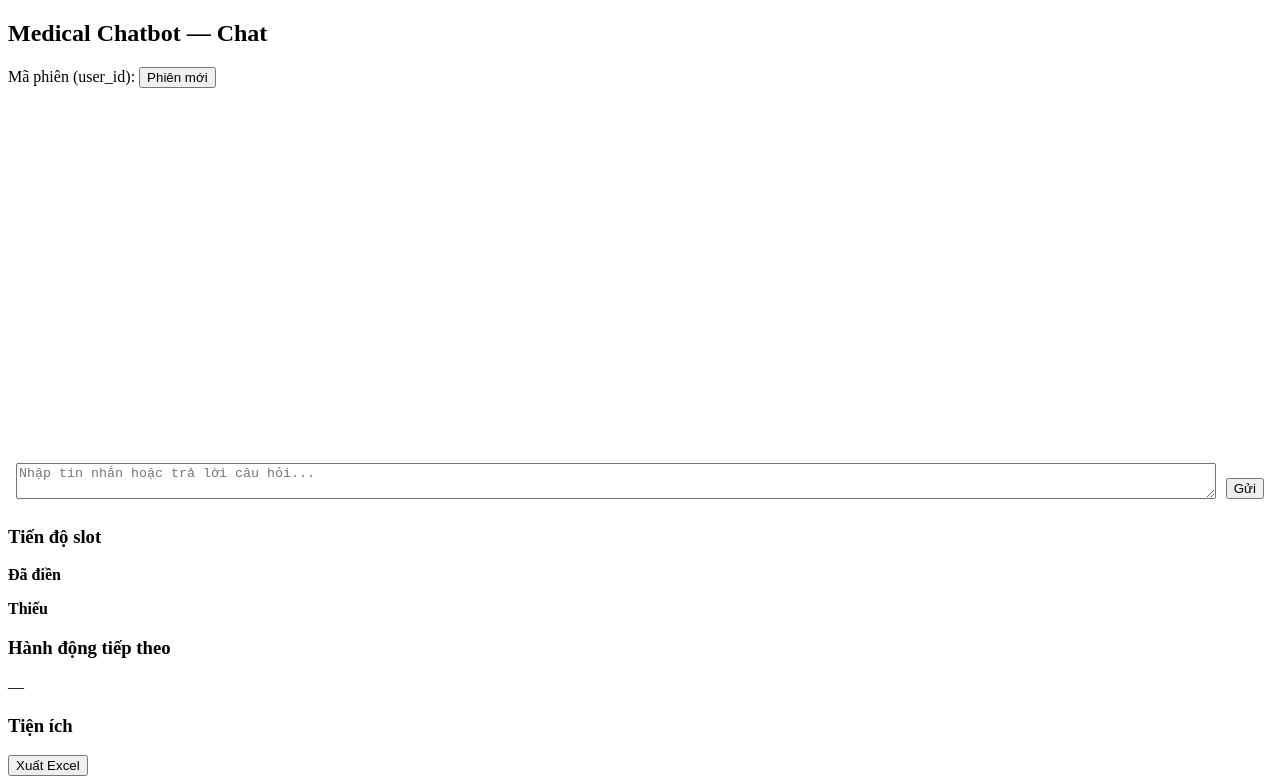
Repository: ititiu20201/MedicalChatbot
Page: frontend/index.html
An editor plug-in stored every save of this project. The page is shown before and after the next save, followed by the edit.
The browser window is 1280 px wide. The pictures show the whole page.

Above is the page before, as saved 2025-09-12 01:13:49.
Console error: SyntaxError: Illegal return statement

### frontend/index.html
<!DOCTYPE html>
<html lang="vi">
<head>
  <meta charset="UTF-8" />
  <meta name="viewport" content="width=device-width, initial-scale=1.0"/>
  <title>Medical Chatbot — Chat Demo</title>
  <link rel="stylesheet" href="style.css"/>
</head>
<body>
  <div id="app">
    <header>
      <h2>Medical Chatbot — Chat</h2>
      <div id="user-meta">
        <label>Mã phiên (user_id): <span id="user-id"></span></label>
        <button id="reset-btn" title="Bắt đầu phiên mới">Phiên mới</button>
      </div>
    </header>

    <main class="layout">
      <section class="chat">
        <div id="chat-box"></div>
        <div class="composer">
          <textarea id="user-input" placeholder="Nhập tin nhắn hoặc trả lời câu hỏi..."></textarea>
          <button id="send-btn">Gửi</button>
        </div>
      </section>

      <aside class="sidebar">
        <div class="panel">
          <h3>Tiến độ slot</h3>
          <div class="slots">
            <div><strong>Đã điền</strong><ul id="filled-slots"></ul></div>
            <div><strong>Thiếu</strong><ul id="missing-slots"></ul></div>
          </div>
        </div>

        <div class="panel">
          <h3>Hành động tiếp theo</h3>
          <div id="next-action">—</div>
        </div>

        <div class="panel">
          <h3>Tiện ích</h3>
          <button id="export-btn">Xuất Excel</button>
        </div>
      </aside>
    </main>
  </div>

  <script src="app.js"></script>
</body>
</html>

### frontend/style.css
/* ====== Hospital-friendly theme (high contrast, large targets) ====== */


/* Buttons */
.btn { appearance: none; cursor: pointer; border: 1px solid transparent; border-radius: 12px; padding: 10px 14px; font-weight: 600; }
.btn--primary { background: var(--primary); color: #fff; }
.btn--primary:hover { background: var(--primary-600); }
.btn--ghost { background: transparent; border-color: var(--outline); }
.btn--ghost:hover { border-color: var(--primary); }
.btn--outline { background: #fff; border-color: var(--primary); color: var(--primary); }
.btn--outline:hover { background: rgba(31,122,224,.06); }
.btn--block { width: 100%; }


/* Chips */
.chips { display: flex; flex-wrap: wrap; gap: 8px; }
.chip { padding: 8px 12px; border: 1px solid var(--outline); background: #fff; border-radius: 999px; font: inherit; cursor: pointer; }
.chip:hover { border-color: var(--primary); }


/* Chat */
.chat { height: 56vh; overflow: auto; padding: 8px; display: grid; gap: 10px; }
.msg { display: grid; grid-template-columns: 36px 1fr; gap: 8px; align-items: start; }
.msg__avatar { width: 36px; height: 36px; display: grid; place-items: center; background: #eef5ff; border-radius: 50%; }
.msg__bubble { background: #f1f5f9; border-radius: 12px; padding: 10px 12px; }
.msg--user .msg__avatar { background: #e7f6ef; }
.msg--user .msg__bubble { background: #eaf8f2; }
.msg__meta { margin-top: 4px; color: var(--muted); font-size: 12px; }


/* Composer */
.composer { margin-top: 8px; display: grid; grid-template-columns: 1fr auto; gap: 10px; align-items: end; }
.composer__input { resize: none; min-height: 44px; max-height: 160px; border: 1px solid var(--outline); border-radius: 12px; padding: 10px 12px; font: inherit; background: #fff; }
.composer__tools { display: flex; gap: 8px; align-items: center; }


/* Right rail */
.dept-list { list-style: none; padding: 0; margin: 0; display: grid; gap: 8px; }
.dept { width: 100%; text-align: left; padding: 10px 12px; border-radius: 12px; border: 1px solid var(--outline); background: #fff; cursor: pointer; }
.dept:hover { border-color: var(--primary); }


/* Admin */
.stats { display: grid; grid-template-columns: repeat(3, 1fr); gap: 12px; }
.stat { background: #fff; border: 1px solid var(--outline); border-radius: 12px; padding: 14px; text-align: center; }
.stat__num { font-size: 22px; font-weight: 800; }
.stat__label { color: var(--muted); font-size: 12px; }
.toolbar { display: flex; gap: 8px; align-items: center; }
.log { margin-top: 12px; display: grid; gap: 8px; max-height: 60vh; overflow: auto; }
.log__item { padding: 10px 12px; border: 1px solid var(--outline); border-radius: 12px; background: #fff; display: grid; gap: 4px; }
.log__meta { color: var(--muted); font-size: 12px; }


/* Footer */
.site-footer { margin-top: 12px; color: var(--muted); }
.footer__inner { padding: 16px 0; border-top: 1px solid var(--outline); }


/* Motion (reduced for accessibility) */
@media (prefers-reduced-motion: no-preference) {
.msg__bubble { animation: pop .16s ease-out; }
@keyframes pop { from { transform: scale(.98); opacity: .8 } to { transform: scale(1); opacity: 1 } }
}

### frontend/app.js
// ====== Minimal frontend logic for Medical Chatbot ======
const id = "s_" + Math.random().toString(36).slice(2) + Date.now().toString(36);
localStorage.setItem("mc_session", id);
localStorage.setItem("mc_history_" + id, JSON.stringify([]));
return id;
}


function saveMessage(role, text) {
const key = "mc_history_" + sessionId;
const list = JSON.parse(localStorage.getItem(key) || "[]");
list.push({ t: Date.now(), role, text });
localStorage.setItem(key, JSON.stringify(list));
}


function renderMessage(role, text) {
const wrap = document.createElement("div");
wrap.className = `msg ${role === "user" ? "msg--user" : "msg--bot"}`;
wrap.innerHTML = `
<div class="msg__avatar">${role === "user" ? "🧑" : "🤖"}</div>
<div class="msg__bubble">${escapeHtml(text)}</div>
`;
els.chat.appendChild(wrap);
els.chat.scrollTop = els.chat.scrollHeight;
}


function escapeHtml(s) {
return s
.replaceAll("&", "&amp;")
.replaceAll("<", "&lt;")
.replaceAll(">", "&gt;")
.replaceAll('"', "&quot;")
.replaceAll("'", "&#39;");
}


async function sendToChatbot(text, payload = {}) {
const url = BASE_URL + "/chat"; // Expect FastAPI endpoint that returns { reply: "..." }
const body = { session_id: sessionId, message: text, ...payload };


const res = await fetch(url, {
method: "POST",
headers: { "Content-Type": "application/json" },
body: JSON.stringify(body),
});
if (!res.ok) throw new Error("HTTP " + res.status);
return await res.json();
}


// ====== Event wiring ======
if (els.form) {
els.form.addEventListener("submit", async (e) => {
e.preventDefault();
const text = (els.input.value || "").trim();
if (!text) return;


renderMessage("user", text);
saveMessage("user", text);
els.input.value = "";


// Placeholder typing indicator
const typing = document.createElement("div");
typing.className = "msg msg--bot";
typing.innerHTML = `<div class="msg__avatar">🤖</div><div class="msg__bubble">Đang soạn…</div>`;
els.chat.appendChild(typing);
els.chat.scrollTop = els.chat.scrollHeight;


try {
const data = await sendToChatbot(text);
typing.remove();
const reply = data.reply || "(Không có phản hồi)";
renderMessage("bot", reply);
saveMessage("bot", reply);
} catch (err) {
typing.remove();
const msg = `Xin lỗi, có lỗi kết nối máy chủ. ${err?.message || ""}`;
renderMessage("bot", msg);
saveMessage("bot", msg);
}
}

After the next save:
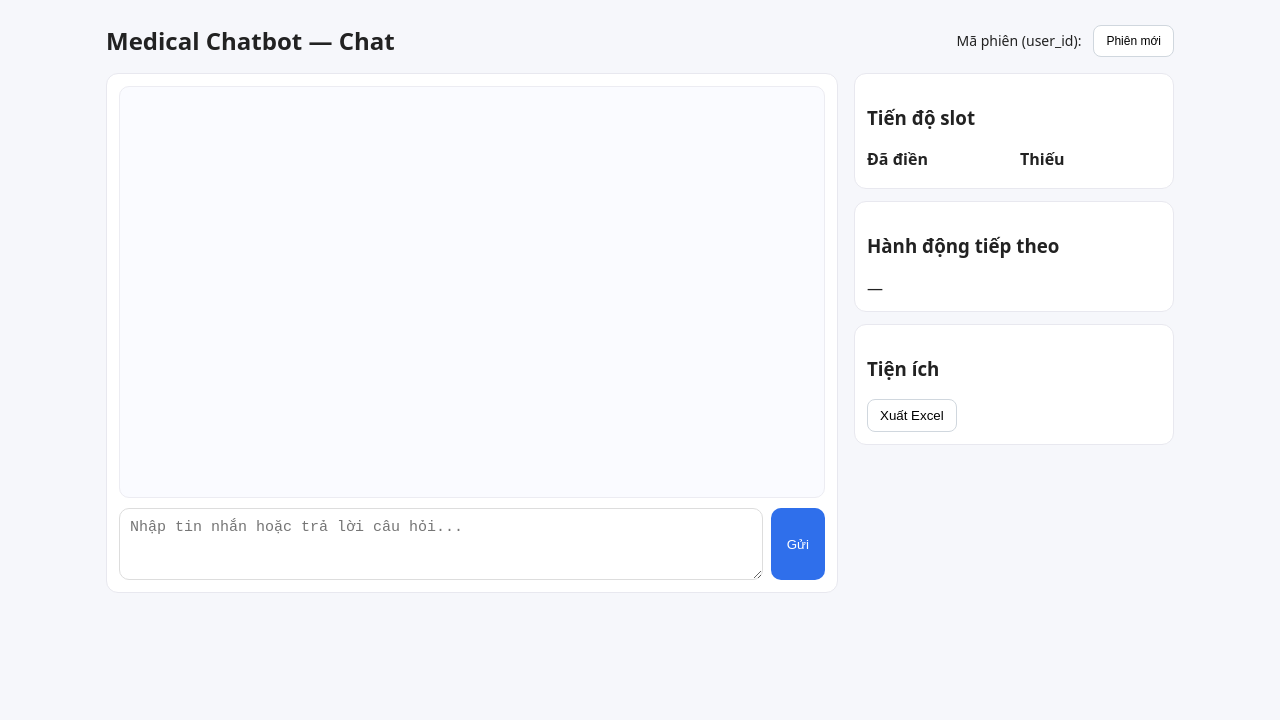
Saved 5 s later.
--- a/frontend/style.css
+++ b/frontend/style.css
@@ -1,63 +1,20 @@
-/* ====== Hospital-friendly theme (high contrast, large targets) ====== */
-
-
-/* Buttons */
-.btn { appearance: none; cursor: pointer; border: 1px solid transparent; border-radius: 12px; padding: 10px 14px; font-weight: 600; }
-.btn--primary { background: var(--primary); color: #fff; }
-.btn--primary:hover { background: var(--primary-600); }
-.btn--ghost { background: transparent; border-color: var(--outline); }
-.btn--ghost:hover { border-color: var(--primary); }
-.btn--outline { background: #fff; border-color: var(--primary); color: var(--primary); }
-.btn--outline:hover { background: rgba(31,122,224,.06); }
-.btn--block { width: 100%; }
-
-
-/* Chips */
-.chips { display: flex; flex-wrap: wrap; gap: 8px; }
-.chip { padding: 8px 12px; border: 1px solid var(--outline); background: #fff; border-radius: 999px; font: inherit; cursor: pointer; }
-.chip:hover { border-color: var(--primary); }
-
-
-/* Chat */
-.chat { height: 56vh; overflow: auto; padding: 8px; display: grid; gap: 10px; }
-.msg { display: grid; grid-template-columns: 36px 1fr; gap: 8px; align-items: start; }
-.msg__avatar { width: 36px; height: 36px; display: grid; place-items: center; background: #eef5ff; border-radius: 50%; }
-.msg__bubble { background: #f1f5f9; border-radius: 12px; padding: 10px 12px; }
-.msg--user .msg__avatar { background: #e7f6ef; }
-.msg--user .msg__bubble { background: #eaf8f2; }
-.msg__meta { margin-top: 4px; color: var(--muted); font-size: 12px; }
-
-
-/* Composer */
-.composer { margin-top: 8px; display: grid; grid-template-columns: 1fr auto; gap: 10px; align-items: end; }
-.composer__input { resize: none; min-height: 44px; max-height: 160px; border: 1px solid var(--outline); border-radius: 12px; padding: 10px 12px; font: inherit; background: #fff; }
-.composer__tools { display: flex; gap: 8px; align-items: center; }
-
-
-/* Right rail */
-.dept-list { list-style: none; padding: 0; margin: 0; display: grid; gap: 8px; }
-.dept { width: 100%; text-align: left; padding: 10px 12px; border-radius: 12px; border: 1px solid var(--outline); background: #fff; cursor: pointer; }
-.dept:hover { border-color: var(--primary); }
-
-
-/* Admin */
-.stats { display: grid; grid-template-columns: repeat(3, 1fr); gap: 12px; }
-.stat { background: #fff; border: 1px solid var(--outline); border-radius: 12px; padding: 14px; text-align: center; }
-.stat__num { font-size: 22px; font-weight: 800; }
-.stat__label { color: var(--muted); font-size: 12px; }
-.toolbar { display: flex; gap: 8px; align-items: center; }
-.log { margin-top: 12px; display: grid; gap: 8px; max-height: 60vh; overflow: auto; }
-.log__item { padding: 10px 12px; border: 1px solid var(--outline); border-radius: 12px; background: #fff; display: grid; gap: 4px; }
-.log__meta { color: var(--muted); font-size: 12px; }
-
-
-/* Footer */
-.site-footer { margin-top: 12px; color: var(--muted); }
-.footer__inner { padding: 16px 0; border-top: 1px solid var(--outline); }
-
-
-/* Motion (reduced for accessibility) */
-@media (prefers-reduced-motion: no-preference) {
-.msg__bubble { animation: pop .16s ease-out; }
-@keyframes pop { from { transform: scale(.98); opacity: .8 } to { transform: scale(1); opacity: 1 } }
-}
+*{box-sizing:border-box}
+body{margin:0;font-family:system-ui,-apple-system,Segoe UI,Roboto,Arial,sans-serif;background:#f6f7fb;color:#222}
+#app{max-width:1100px;margin:24px auto;padding:0 16px}
+header{display:flex;align-items:center;justify-content:space-between;margin-bottom:16px}
+h2{margin:0}
+#user-meta{font-size:14px;display:flex;gap:12px;align-items:center}
+.layout{display:grid;grid-template-columns:1fr 320px;gap:16px}
+.chat{background:#fff;border:1px solid #e8e8ef;border-radius:12px;padding:12px;display:flex;flex-direction:column;min-height:520px}
+#chat-box{flex:1;border:1px solid #ececf2;border-radius:10px;padding:12px;overflow:auto;background:#fafbff}
+.msg{max-width:80%;padding:10px 12px;border-radius:10px;margin:6px 0;white-space:pre-wrap;line-height:1.35}
+.msg.user{background:#e8f1ff;align-self:flex-end;border-top-right-radius:2px}
+.msg.bot{background:#f1f3f7;align-self:flex-start;border-top-left-radius:2px}
+.composer{display:flex;gap:8px;margin-top:10px}
+#user-input{flex:1;height:72px;border:1px solid #ddd;border-radius:10px;padding:10px;font-size:15px;resize:vertical}
+#send-btn{padding:10px 16px;border:none;background:#2f6feb;color:#fff;border-radius:10px;cursor:pointer}
+.sidebar .panel{background:#fff;border:1px solid #e8e8ef;border-radius:12px;padding:12px;margin-bottom:12px}
+.slots{display:grid;grid-template-columns:1fr 1fr;gap:12px}
+ul{margin:6px 0 0 16px}
+#export-btn,#reset-btn{padding:8px 12px;border:1px solid #d0d7de;border-radius:8px;background:#fff;cursor:pointer}
+#reset-btn{font-size:12px}
